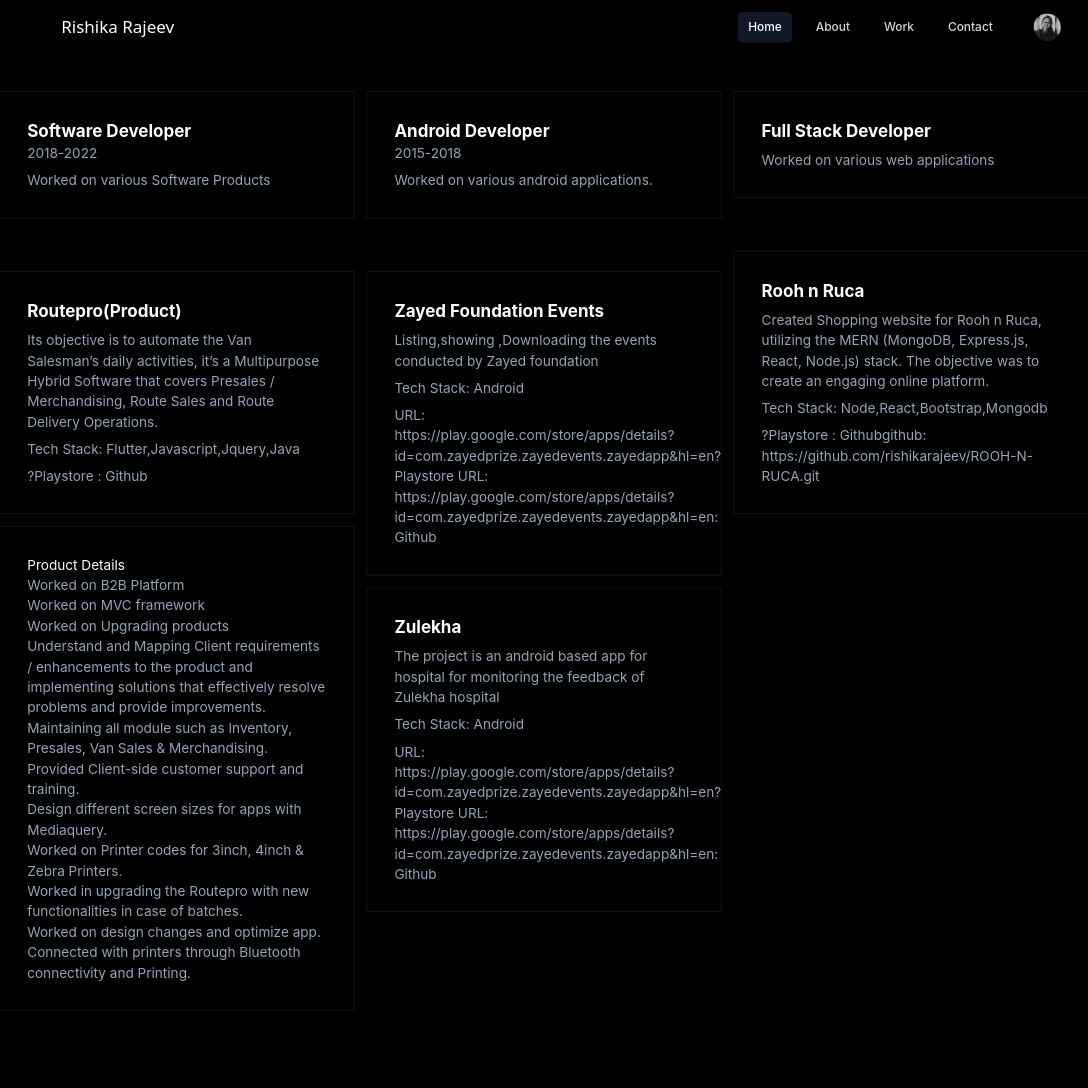
Repository: rishikarajeev/portfolio_rishika
Page: /work
These files come from the project's save history. The page is drawn as it stood at one moment and after a run of saves; the edit follows.
The browser window is 1280 px wide. The pictures show the whole page, at 85% of full size.
The project was rebuilt for these pictures with package versions that can differ from the ones it lists, and the page was loaded fresh each time. Also part of the build but not shown: src/Pages/Home.jsx, src/Pages/About.jsx, src/Pages/Contact.jsx.

Above is the page before, as saved 2023-10-23 19:11:24.

After the next 2 saves:
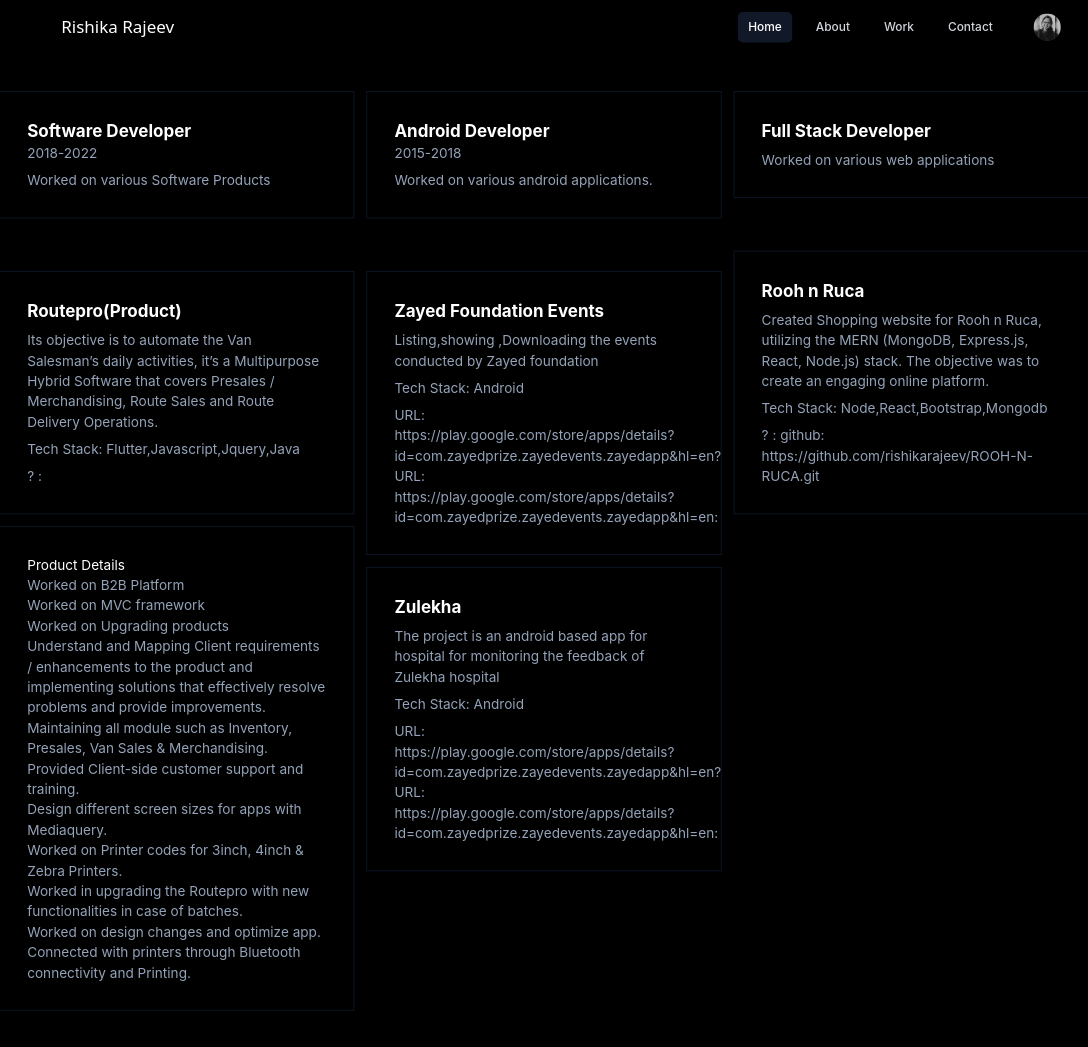
The 2 saves are shown as one change because they came seconds apart.
The last was saved 18 s later.
--- a/src/Components/Project.jsx
+++ b/src/Components/Project.jsx
@@ -6,7 +6,7 @@ const Project = ({ title, description, techStack,Playstore,Github }) => {
       <h3 className="text-xl font-bold text-white">{title}</h3>
       <p className="mt-2 dark:text-slate-400">{description}</p>
       <p className="mt-2 dark:text-slate-400">Tech Stack: {techStack}</p>
-      <p className="mt-2 dark:text-slate-400">{Playstore}?Playstore {Playstore}: Github{Github}</p>
+      <p className="mt-2 dark:text-slate-400">{Playstore}? {Playstore}: {Github}</p>
     </div>
   );
 };
